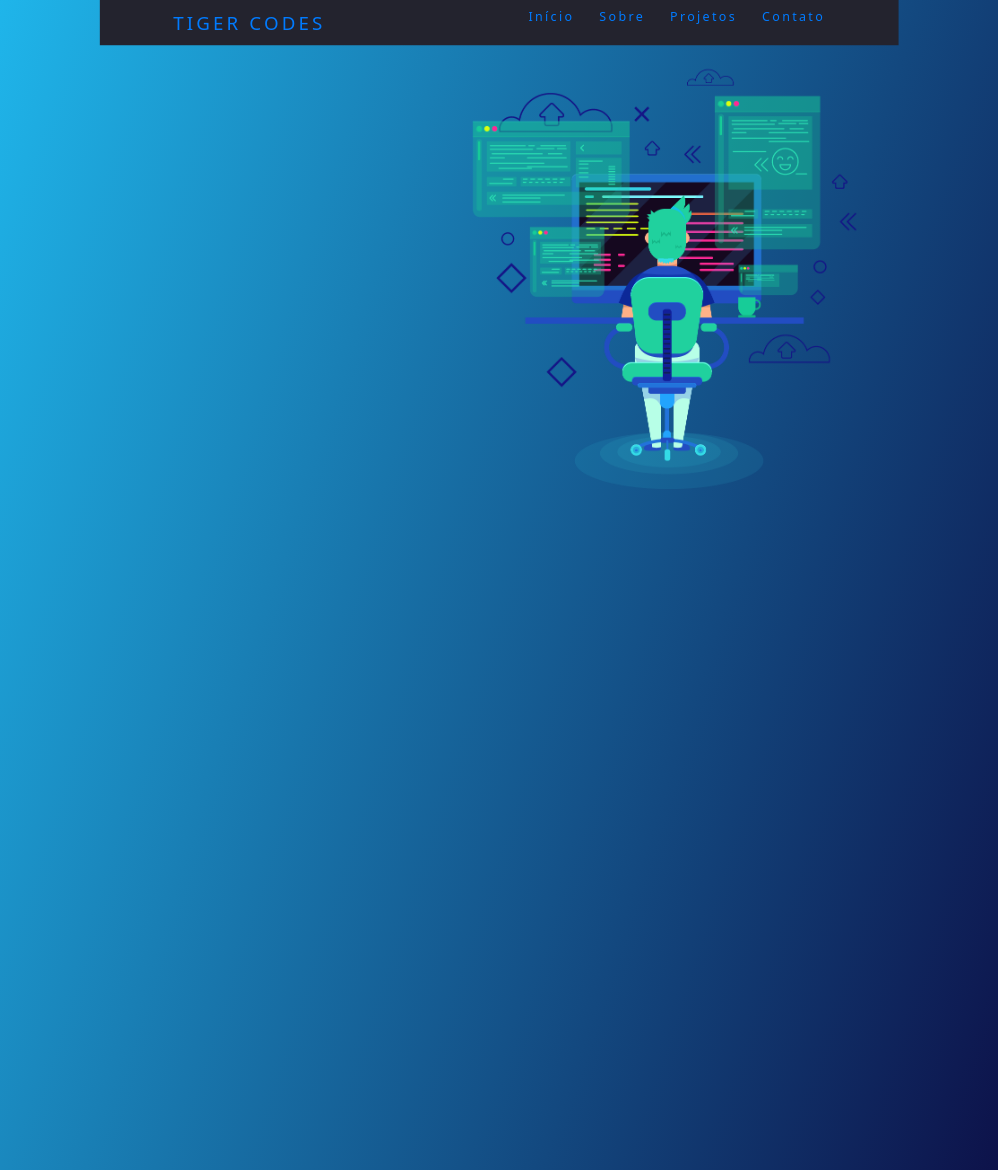
Repository: JuanPabloDS/portifolio
Page: http://localhost/
The author's editor kept a copy of each file at every save. The page is drawn from the files as they stood at one save, then again after the next save.
The browser window is 1280 px wide. The pictures show the whole page, at 78% of full size.
The page is served by the project's application, run on Django 4.2 (manage.py).

Above is the page before, as saved 2023-02-24 17:32:06.

After the next save:
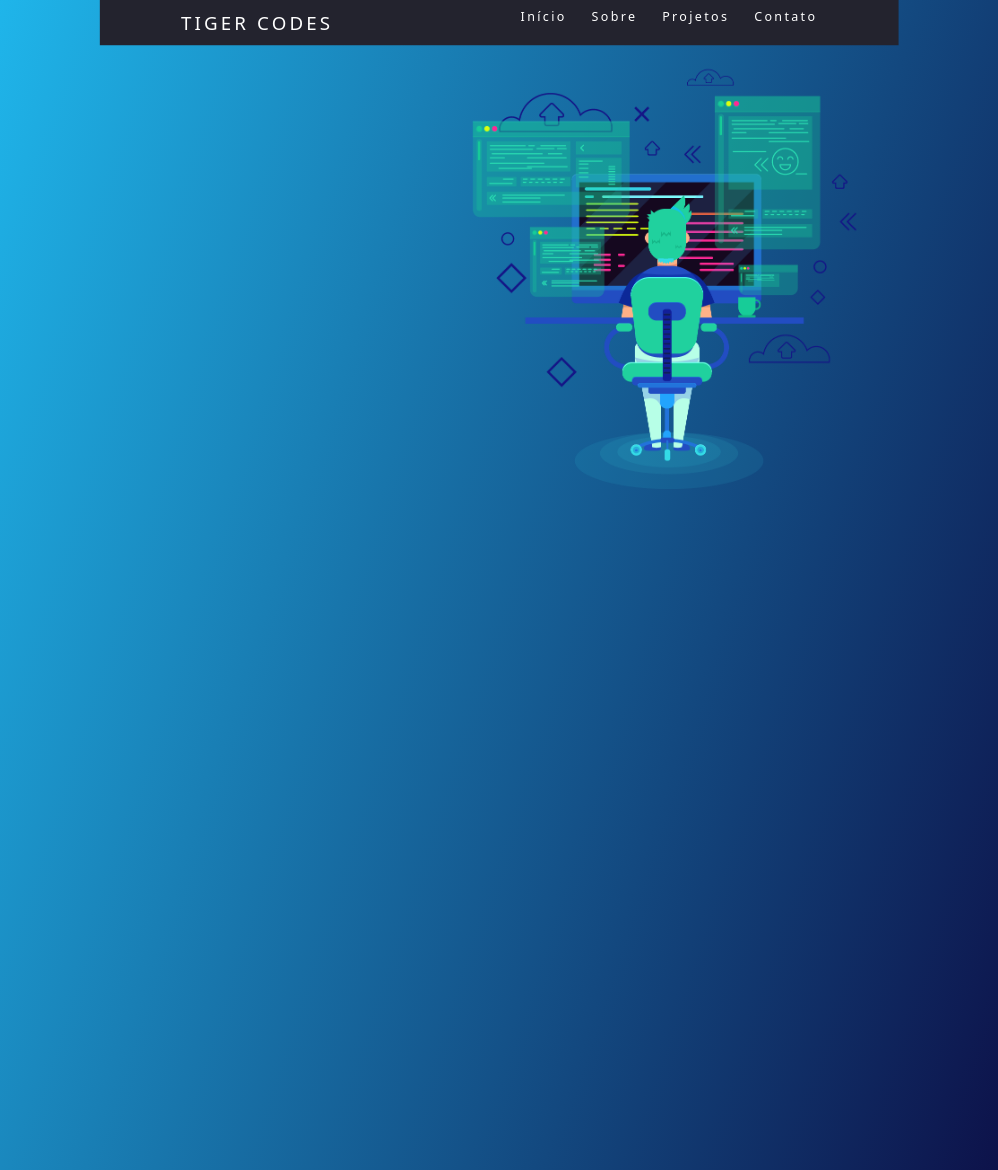
Saved 44 s later.
--- a/core/static/css/style.css
+++ b/core/static/css/style.css
@@ -16,6 +16,21 @@ body{
 }
 
 /*! Menu */
+
+* {
+    margin: 0;
+    padding: 0;
+  }
+
+  a {
+    color: #fff;
+    text-decoration: none;
+    transition: 0.3s;
+  }
+
+  a:hover {
+    opacity: 0.7;
+  }
 
 .logo {
     font-size: 24px;
